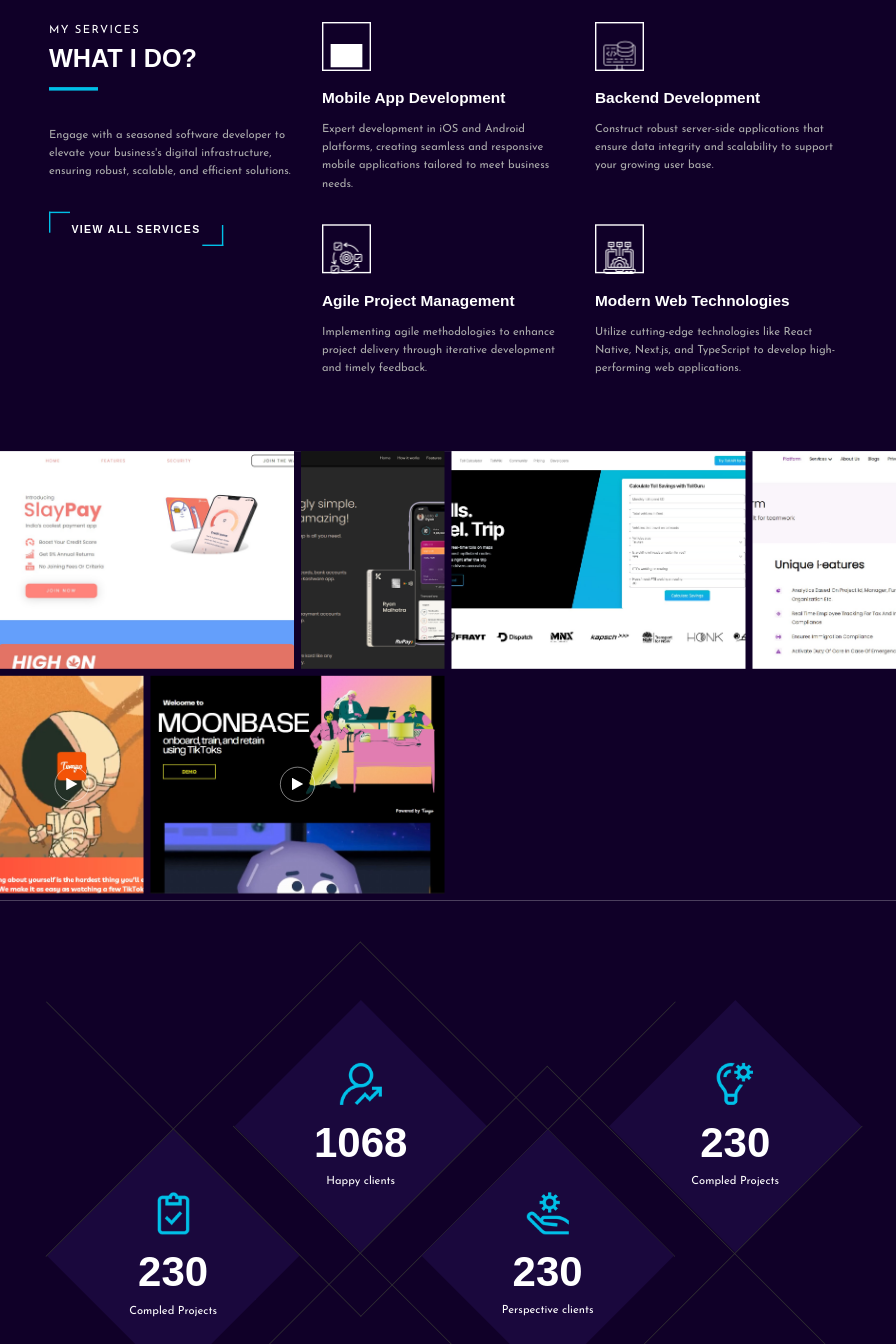
Repository: codexshot/himanshu-portfolio.io
Page: index.html
An editor plug-in stored every save of this project. The page is shown before and after the next save, followed by the edit.
The browser window is 1280 px wide. The pictures show the part of the page from y = 778 to 2698 px (the page is 4168 px tall), at 70% of full size.
Pictures or frames that could not be fetched are drawn as grey boxes. Some web fonts or font styles are not loaded; a fallback is used.

Above is the page before, as saved 2024-07-31 01:01:32.

After the next save:
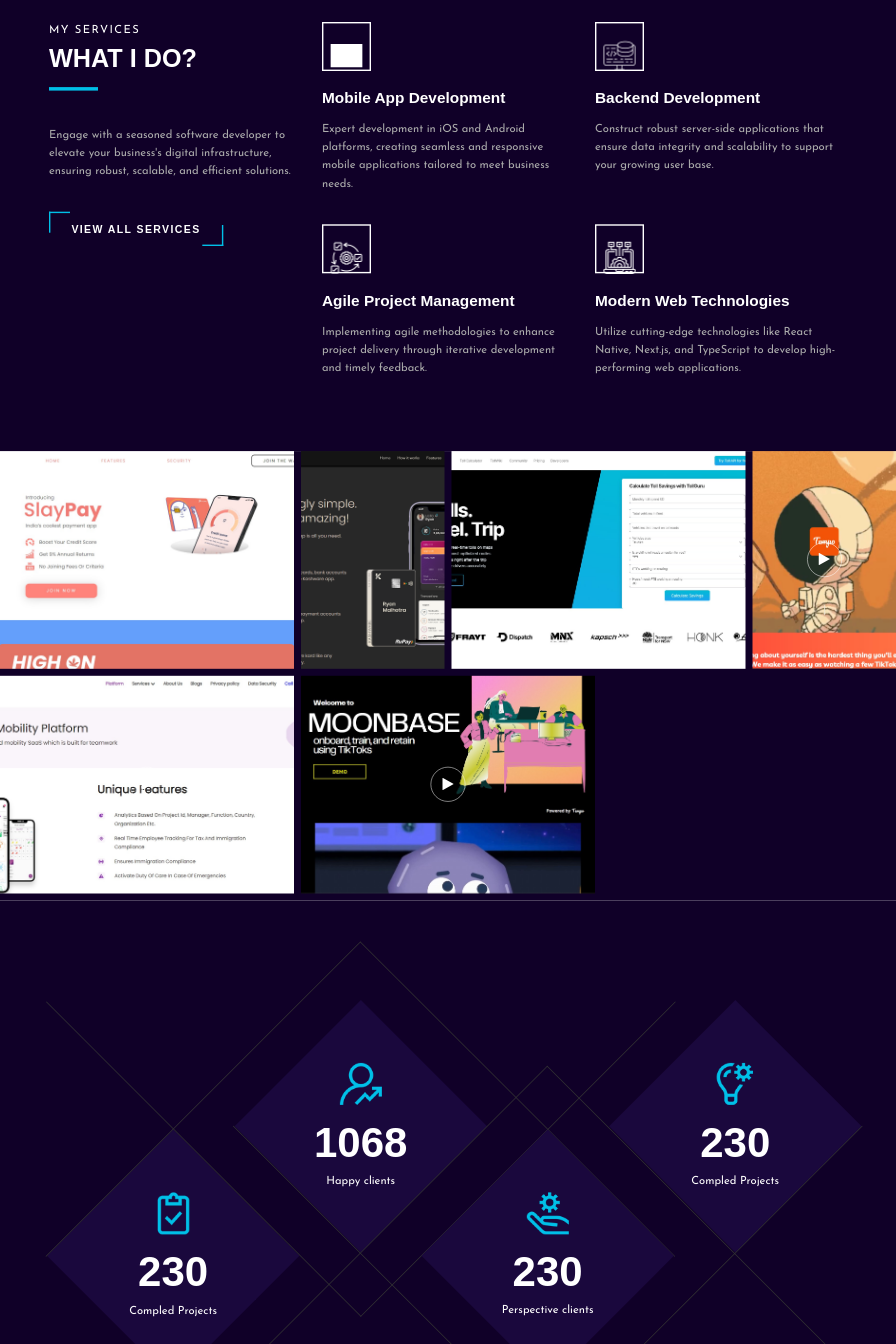
Saved 2 min 0 s later.
--- a/index.html
+++ b/index.html
@@ -212,7 +212,7 @@
                 </a>
             </div>
 
-            <div class="work__item small__item set-bg" data-setbg="img/work/work-5.jpg">
+            <div class="work__item wide__item set-bg" data-setbg="img/work/work-5.jpg">
                 <a href="https://www.youtube.com/watch?v=LXb3EKWsInQ" class="play-btn video-popup"><i
                         class="fa fa-play"></i></a>
             </div>
